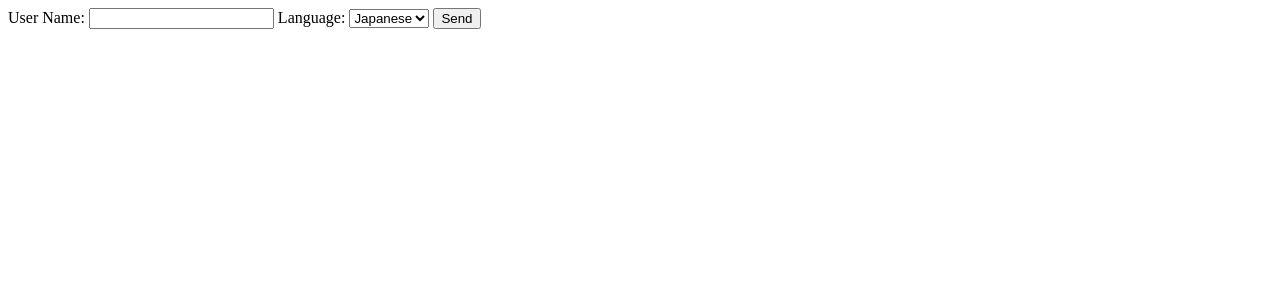
Repository: jayjaganathan/mysolutions
Page: http://localhost/QA_Pro/
The author's editor kept a copy of each file at every save. The page is drawn from the files as they stood at one save, then again after the next save.
The browser window is 1280 px wide. The pictures show the whole page.
The page is served by Tomcat 9. Other server files are loaded and not shown.

Above is the page before, as saved 2015-03-15 23:18:15.

### workspace/eclipse/QA_Pro/WebContent/index.jsp
<%@ page language="java" contentType="text/html; charset=UTF-8"
    pageEncoding="ISO-8859-1"%>
<!DOCTYPE html PUBLIC "-//W3C//DTD HTML 4.01 Transitional//EN" "http://www.w3.org/TR/html4/loose.dtd">
<html>
<head>
<meta http-equiv="Content-Type" content="text/html; charset=UTF-8">
<title>Insert title here</title>
</head>
<body>
    <form method="post" action="RegisterMethod">
    	User Name: <input type="text"/>
    	Language: <select size="1">
    		<option>Japanese</option>
    		<option>Tamil</option>
    		<option>English</option>
    	</select>

    	<input type="Submit" value="Send"></input>
    </form>
</body>
</html>

After the next save:
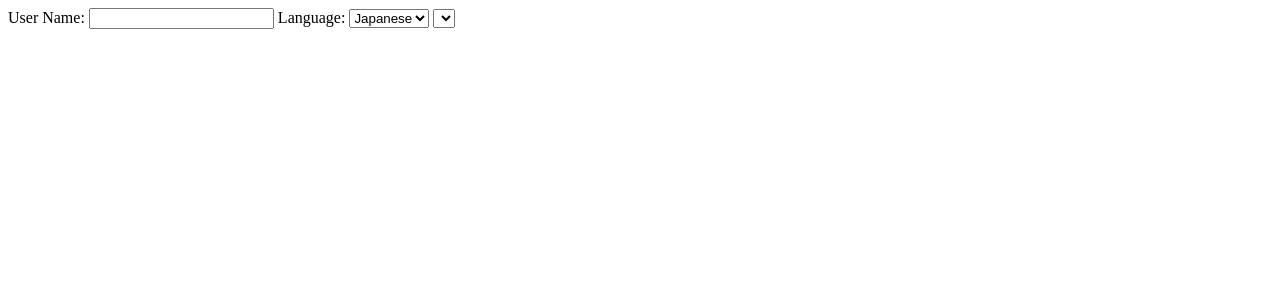
Saved 50 s later.
--- a/workspace/eclipse/QA_Pro/WebContent/index.jsp
+++ b/workspace/eclipse/QA_Pro/WebContent/index.jsp
@@ -7,14 +7,14 @@
 <title>Insert title here</title>
 </head>
 <body>
-    <form method="post" action="RegisterMethod">
-    	User Name: <input type="text"/>
-    	Language: <select size="1">
+    <form method="post" action="RegisterMember">
+    	User Name: <input type="text"  name="name"/>
+    	Language: <select size="1" name="language">
     		<option>Japanese</option>
     		<option>Tamil</option>
     		<option>English</option>
     	</select>
-
+    	<select
     	<input type="Submit" value="Send"></input>
     </form>
 </body>
